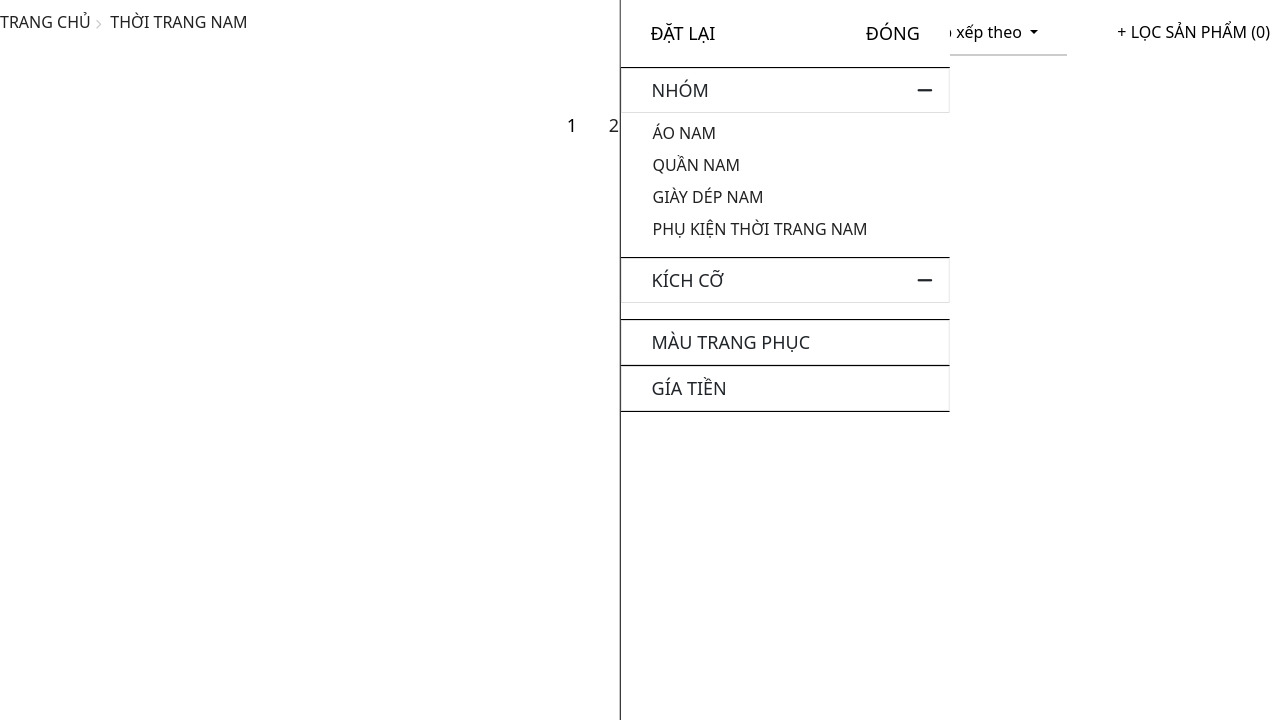
Repository: NguyenQuangQuan021099/FE_Page-Male
Page: index.html
These files come from the project's save history. The page is drawn as it stood at one moment and after a run of saves; the edit follows.
The browser window is 1280 px wide. The pictures show the whole page.
The page's requests for data from a server got no answer. Some web libraries are served in a nearby version.

Above is the page before, as saved 2021-07-08 19:05:52.

### index.html
<!DOCTYPE html>
<html lang="en">
<head>
    <meta charset="UTF-8">
    <meta http-equiv="X-UA-Compatible" content="IE=edge">
    <script src="https://kit.fontawesome.com/ce2ff1d6ed.js" crossorigin="anonymous"></script>
    <link href="https://cdn.jsdelivr.net/npm/bootstrap@5.0.1/dist/css/bootstrap.min.css" rel="stylesheet" integrity="sha384-+0n0xVW2eSR5OomGNYDnhzAbDsOXxcvSN1TPprVMTNDbiYZCxYbOOl7+AMvyTG2x" crossorigin="anonymous">
    <script src="https://code.jquery.com/jquery-3.6.0.min.js" integrity="sha256-/xUj+3OJU5yExlq6GSYGSHk7tPXikynS7ogEvDej/m4=" crossorigin="anonymous"></script>
    <meta name="viewport" content="width=device-width, initial-scale=1.0">
    <link rel="stylesheet" href="style.css">
    <title>Trang Nam</title>
</head>
<body>
<div class="main">
<!-- -------------------------Begin Nav-------------------------------------------------- -->
<div class="category__product__action d-flex ">
    <div class="breadcrumbs">
        <a href="" title="Đi đến trang chủ">TRANG CHỦ</a>
        <i style="color: #ccc; font-size: 10px; margin-right: 5px; padding-bottom: 2px;" class="fas fa-chevron-right"></i>
        <span style="color: #222">THỜI TRANG NAM</span>
    </div>
    <div class="nav-2">
    <div class="toolbar__product ">
      <a href="#" class="active" title="Lưới" ></a>
      <a href="#" class="disable" title="Danh sách" ></a>
    </div>
    <!-- --------------begin dropdown ------------------>
    <div class="dropdown">
      <button class="btn btn-secondary dropdown-toggle" type="button" id="dropdownMenuButton1" data-bs-toggle="dropdown" aria-expanded="false">
        Sắp xếp theo
      </button>
      <ul class="dropdown-menu sorter" aria-labelledby="dropdownMenuButton1" .>
        <li><a class="dropdown-item" href="#">Thứ tự chữ cái A-Z</a></li>
        <li><a class="dropdown-item" href="#">Thứ tự chữ cái Z-A</a></li>
        <li><a class="dropdown-item" href="#">Giá tăng dần</a></li>
        <li><a class="dropdown-item" href="#">Giá giảm dần</a></li>
        <li><a class="dropdown-item" href="#">Sản phẩm mới nhất</a></li>
      </ul>
    </div>
    <!-- -------------------end dropdown ---------------->

    <!-------------------- begin filter---------------- -->
  <div class="filter__toggle">
    <div class="list-group">
      <button class="list-group-item list-group-item-action actived-list" aria-current="true" >
        + LỌC SẢN PHẨM (0)
      </button>
      <div class="list-select">
        <div class="list-group-item list-group-item-action reset-close">
          <button class="reset">ĐẶT LẠI</button>
          <button class="close">ĐÓNG</button>
        </div>
        <div class="filter-option-list">
          <div class="filter-option">
            <button class="list-group-item list-group-item-action btn__item actived">NHÓM
              <div class="icon">
                <i class="fas fa-plus icon-1"></i>
                <i class="fas fa-minus icon-2"></i>
              </div>
            </button>
            <div class="item__male">
              <ul class="items">
                <li class="item"> <a href="">ÁO NAM</a></li>
                <li class="item"> <a href="">QUẦN NAM</a></li>
                <li class="item"> <a href="">GIÀY DÉP NAM</a></li>
                <li class="item"> <a href="">PHỤ KIỆN THỜI TRANG NAM</a></li>
              </ul>
            </div>
          </div>

        <div class="filter-option">
          <button class="list-group-item list-group-item-action btn__item actived">KÍCH CỠ
            <div class="icon">
              <i class="fas fa-plus icon-1"></i>
              <i class="fas fa-minus icon-2"></i>
            </div>
          </button>
          <div class="item__male">
            <ul class="items items-size">

            </ul>
          </div>
        </div>
        <div class="filter-option">
          <button class="list-group-item list-group-item-action btn__item">MÀU TRANG PHỤC</button>
        </div>
        <div class="filter-option">
        <button class="list-group-item list-group-item-action btn__item">GÍA TIỀN</button>
        </div>
        </div>
      </div>
    </div>
  </div>
<!-- -------------------End filter--------------------- -->
</div>
</div>

<!-- --------------------End Nav----------------------- -->

<!-------------------Begin product--------------------- -->
<div class="product">
        <ol id="product-list-items">

        </ol>
</div>
<!-------------------End product--------------------- -->

<!-- -------------Begin pagination --------------------->
<div class="pagination ">
  <ul class="list__pag ">
    <li class="item__current"><a href="#">1</a></li>
        <li class="item"><a href="#">2</a></li>
        <li class="item"><a href="#">3</a></li>
        <li class="item"><span>...</span></li>
        <li class="item__next"><a href="#" title="Tiếp theo"><i class="fas fa-arrow-right"></i></a></li>
  </ul>
</div>
<!-- -------------End pagination ---------------------->
</div>
    <script src="./app.js"></script>
    <script src="https://cdn.jsdelivr.net/npm/@popperjs/core@2.9.2/dist/umd/popper.min.js" integrity="sha384-IQsoLXl5PILFhosVNubq5LC7Qb9DXgDA9i+tQ8Zj3iwWAwPtgFTxbJ8NT4GN1R8p" crossorigin="anonymous"></script>
    <script src="https://cdn.jsdelivr.net/npm/bootstrap@5.0.1/dist/js/bootstrap.min.js" integrity="sha384-Atwg2Pkwv9vp0ygtn1JAojH0nYbwNJLPhwyoVbhoPwBhjQPR5VtM2+xf0Uwh9KtT" crossorigin="anonymous"></script>
</body>
</html>

### style.css
*{
    margin: 0;
    padding: 0;
    box-sizing: border-box;
}

html{
    font-family: Arial, Helvetica, sans-serif;
}

a, a:hover{
    color: #222;
    text-decoration: none;
}

.category__product__action{
    margin: 10px 0 50px 0;
    position: relative;
}

.nav-2{
    display: flex;
    position: absolute;
    right: 10px;
}
.toolbar__product{
    margin-top: 10px;
}
.toolbar__product a{
    height: 28px;
    display: inline-block;
    width: 38px;
    background-repeat: no-repeat;
}

.toolbar__product .active{
    background-image: url(./img/grid4active.svg);
    padding-right: 52px;
}

.toolbar__product .disable{
    background-image: url(./img/grid2disable.svg);
}

/* Dropdown css */
.dropdown{
    margin: 0 50px;
}

.btn-secondary {
    width: 160px;
    height: 46px;
    color: black;
    background-color: white;
    border-style: none;
    border-bottom: 2px solid #ccc;
    border-radius: 0px;
    padding: 0 25px 0 13px;
}


.btn-secondary:hover{
    color: black;
    background-color: white;
    border-bottom: 1px solid #ccc;

}

.btn-check:focus+.btn-secondary, .btn-secondary:focus {
    color: black;
    background-color: #fff;
    border-color: rgb(54, 52, 52);
    box-shadow: none;
    outline: none;
}
.sorter .dropdown-item:hover {
    color: white;
    background-color: #1777f2;
}

/* End dropdown */

/*  product items css */
/* filter css */
.list-group .actived-list{
    background-color: #fff;
    border-style: none;
    color:black ;
    padding: 0;
}

.reset-close{
    width: 100%;
    padding: 20px 0 ;
    display: flex;
    justify-content: space-between;
    border-style: none;
    border-bottom: 1px solid black;
    position: relative;

}
.reset-close button{
    font-size: 18px;
    margin: 0 30px;
    border-style: none;
    background-color: #fff;
}


/* begin filter */
.filter__toggle{
    margin-top: 10px;
}

.list-select{
    width: 25.8%;
    height: 100%;
    position: fixed;
    top: 0;
    right: 0;
    z-index: 2;
    background-color: #fff;
    border-left: 1px solid black;
    animation: mymove ease-in-out .8s;
    transform: translateX(-100%);
    transition: transform linear 0.3s;
}

.list-group-item-action:hover{
    background-color: #fff;
}

.list-select button{
   font-size: 18px;
}

.btn__item{
    padding-left: 30px;
    display: flex;
    justify-content: space-between;
}

.list-group .item__male ul li{
    list-style: none;
    padding-top: 8px;
}

.filter-option-list{
    height: 95vh;
    overflow-y: scroll;
}

.filter-option{
    border-bottom: 1px solid black;
}

.filter-option button .icon{
   display: inline-block;

}

.filter-option button .icon .icon-1{
    display: none;
}


@keyframes mymove{
    0%{
        right: -100%;
    }

    100%{
        right: 0;
    }
}

/* end filter css */
/* product items css */
.product{
     max-width: 100%;
     padding-left: 12px;
}

.product ol{
    display: flex;
    flex-wrap: wrap;
    padding-left: 0;
}

.product #product-list-items .product-items{
    width: 25%;
    list-style: none;
    margin-bottom: 30px;
}

li .renderItems  a img{
    width: 100%;
    object-fit: cover;
    padding: 3px;
}

li .renderItems  .sub__div{
    padding-top: 16px;
    display: flex;
    flex-direction: column;
}

li .renderItems .sub__div .title{
    color: #222;
    font-weight: 500;
    text-transform: uppercase;
    font-size: 12px;
    text-decoration: none;
}

li .renderItems .sub__div .price{
    opacity: 0.7;
    font-size: 16px;
    font-family: Roboto;
}

li .renderItems .sub__div a{
    position: relative;
    display: inline-block;
}

li .renderItems .sub__div .img__mini{
    width: 22px;
    height: 22px;
}

li .renderItems .sub__div a img{
    width: 100%;
    object-fit: none;
}

li .renderItems .sub__div a img:hover{
    border: 1px solid black;
}

li .renderItems .sub__div a .sub__content{
    position: absolute;
    padding: 10px 30px;
    border: 1px solid black;
    border-radius: 5px;
    background-color: #fff;
    top: -50px;
    display: none;
}

li .renderItems .sub__div a:hover .sub__content{
    display: block;
}

/* End product items */

/* Begin pagination */
.pagination{
    display: block;
}

.pagination ul{
    display: flex;
    justify-content: center;
}
.pagination ul li{
    list-style: none;
    width: 30px;
    height: 30px;
    font-size: 18px;
    color: #707070;
    margin: 12px 6px;
    text-align: center;
}

.pagination ul .item__current a{
    color: black;
}

.pagination ul li:hover a{
    background-color: #ccc;
    border-radius: 2px;
    padding: 6px 12px;
}

/* End paginaton */

/* Responsive */
/* Mobile : width < 720px */


/* tablet : width >= 740px and width < 1024px */
@media screen and  (min-width: 360px) and (max-width: 1024px) {

    /* .category__product__action{
        padding: 0 20px;
        margin-bottom: 0;
    }



    .toolbar__product{
        display: none;
    }


    ol, ul {
        padding-left: 0  !important;
    }

    ol>:first-child{
      width: 100% !important;
      padding-right: 12px;
    }

    ol >:first-child .renderItems a img{
        width: 100% !important;
    }

    li{
        width: 50% !important;
        padding-right: 10px;
    }

    .pagination ul li{
        width: 30px !important;
    } */

}

@media screen and (min-width: 1024px){
    .category__product__action{
        display: none ;
    }

}

### app.js
let itemAPI = "http://localhost:3000/items";
let sizeAPI = "http://localhost:3000/listSize";

function start() {
    getItem(renderItems);
    getSize(renderListSize);
}
start();

// lay ra item
function getItem(callback) {
    fetch(itemAPI)
    .then(function(response){
        return response.json();
    })
    .then(callback);
}

//render item
function renderItems(items){
    let listItemsBlock = document.querySelector("#product-list-items");
    let htmls = items.map(function(item){
        return `
        <li class="product-items">
            <div class="renderItems">
                <a href=""><img src="${item.image}" alt="" srcset=""></a>

                <div class="sub__div">

                    <a href="#" class="title"> ${item.title} </a> <br>

                    <span class="price">${item.price}</span> <br>

                        <a class="img__mini" href="#"> <img src="${item.miniimg}">
                            <div class="sub__content">
                                ${item.contentmini1}
                            </div>
                        </a>
                </div>
            </div>
        </li>
        `;
    });
    listItemsBlock.innerHTML = htmls.join('');
}

// render list size clothing
function getSize(callback) {
    fetch(sizeAPI)
    .then(function(response){
        return response.json();
    })
    .then(callback);
}

function renderListSize(listSize){
    let listSizeBlock = document.querySelector(".items-size");
    console.log(listSizeBlock);
    let htmls = listSize.map(function(size){
        return `
            <li class="item"> <a href=""> ${size.sizeClothing}</a></li>
        `;
    });
    listSizeBlock.innerHTML = htmls.join('');
    console.log(htmls);
}


// $('.show-hide').on("click", function(e){
//     $(this).find('.hide').css("display", "none");
//     $(this).find('.show').css("display", "block");
//     e.preventDefault();
// })


// filter actions
$('.actived-list, .close').on("click", function(){
    $(this).parent('.list-group').find('.list-select').toggle();
    $(this).parents('.list-select').toggle();

})

$('.actived, .not-actived').on("click", function(){
    $(this).find('.icon-1').toggle();
    $(this).find('.icon-2').toggle();
    $(this).parent('.filter-option').find('.item__male').toggle();
        if ($(this).hasClass('actived')) {
            $(this).removeClass('actived').addClass('not-actived');
        } else {
                $(this).removeClass('not-actived').addClass('actived');
        }
})


$('.reset').on("click", function(){
   $(this).parents('.list-select').find('.item__male').show();
   $(this).parents('.list-select').find('.icon-1').hide();
   $(this).parents('.list-select').find('.icon-2').show();
})

After the next 2 saves:
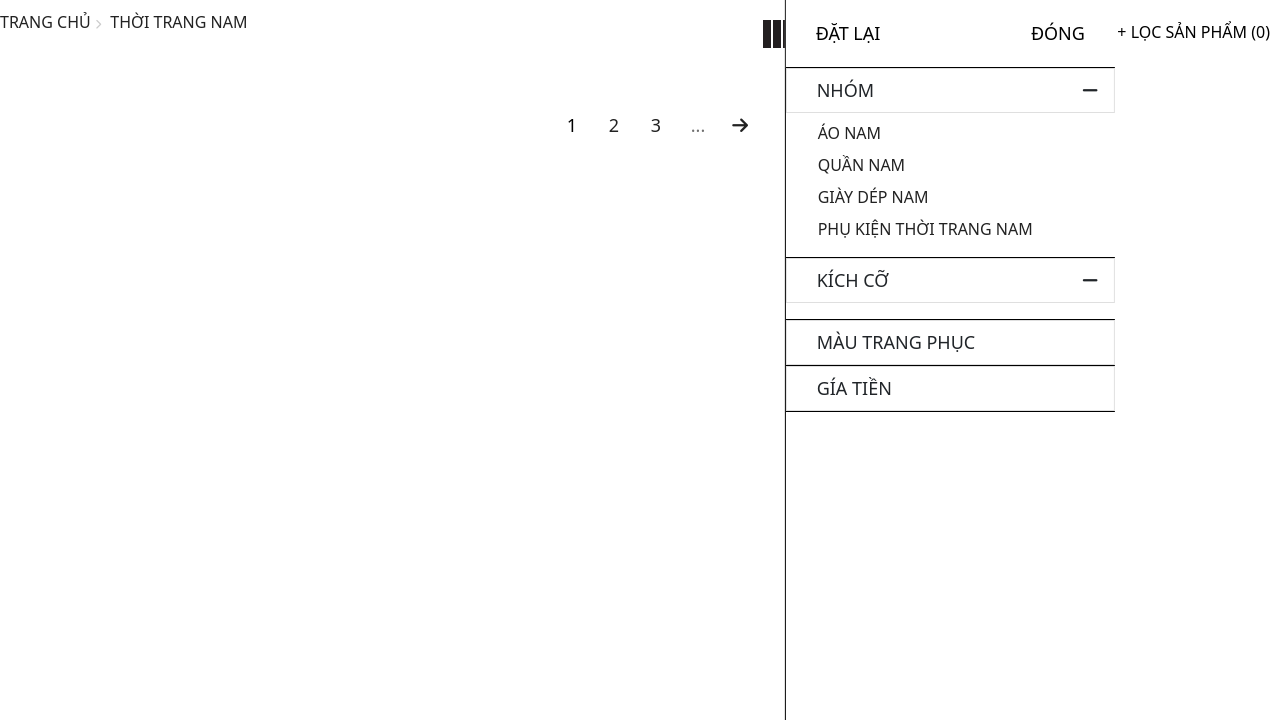
The 2 saves are shown as one change because they came seconds apart.
The last was saved 20 s later.
--- a/style.css
+++ b/style.css
@@ -122,7 +122,7 @@
     background-color: #fff;
     border-left: 1px solid black;
     animation: mymove ease-in-out .8s;
-    transform: translateX(-100%);
+    transform: translateX(-50%);
     transition: transform linear 0.3s;
 }
 

After the 2 saves that followed:
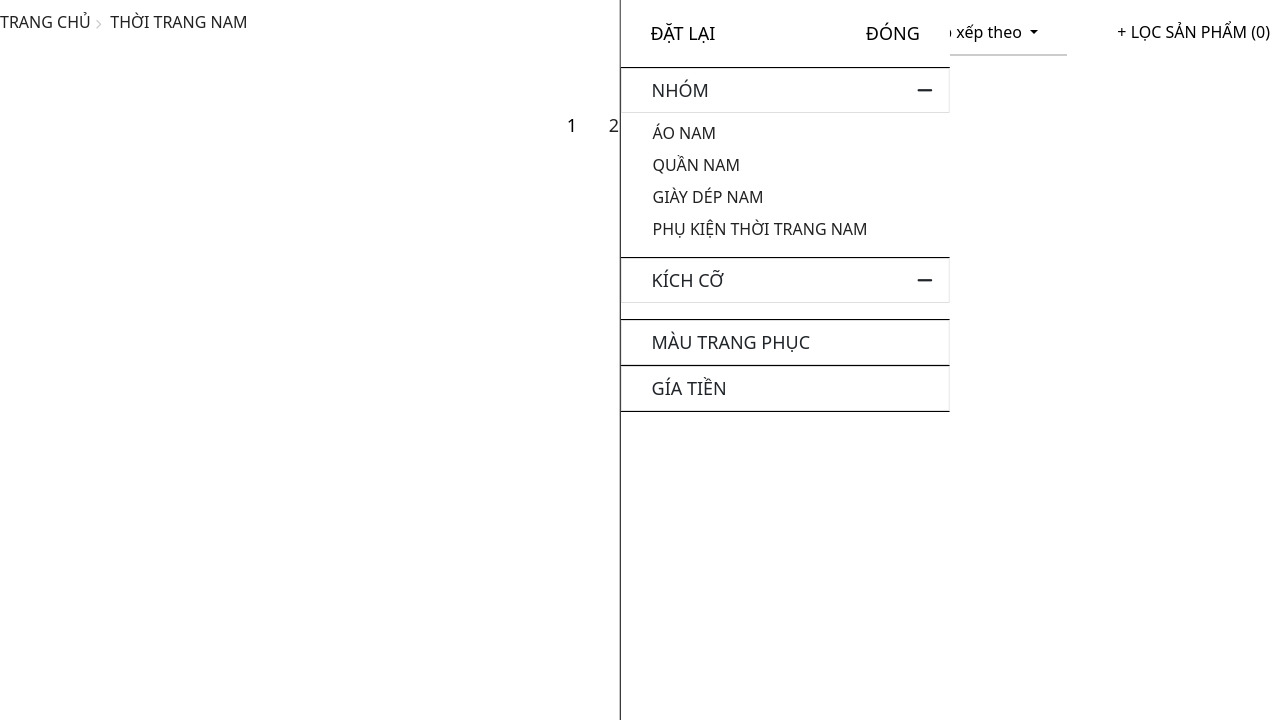
The 2 saves are shown as one change because they came seconds apart.
The last was saved 23 s later.
--- a/style.css
+++ b/style.css
@@ -122,7 +122,7 @@
     background-color: #fff;
     border-left: 1px solid black;
     animation: mymove ease-in-out .8s;
-    transform: translateX(-50%);
+    transform: translateX(-100%);
     transition: transform linear 0.3s;
 }
 
